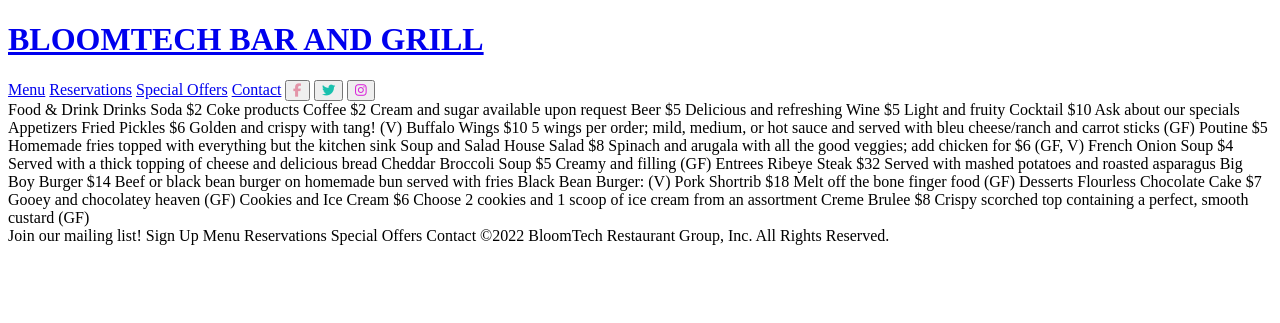
Repository: yoshimario/web-sprint-challenge-user-interface-responsive-design
Page: menu.html
These files come from the project's save history. The page is drawn as it stood at one moment and after the next save; the edit follows.
The browser window is 1280 px wide. The pictures show the whole page.
Some web libraries are served in a nearby version.

Above is the page before, as saved 2023-06-11 00:21:05.

After the next save:
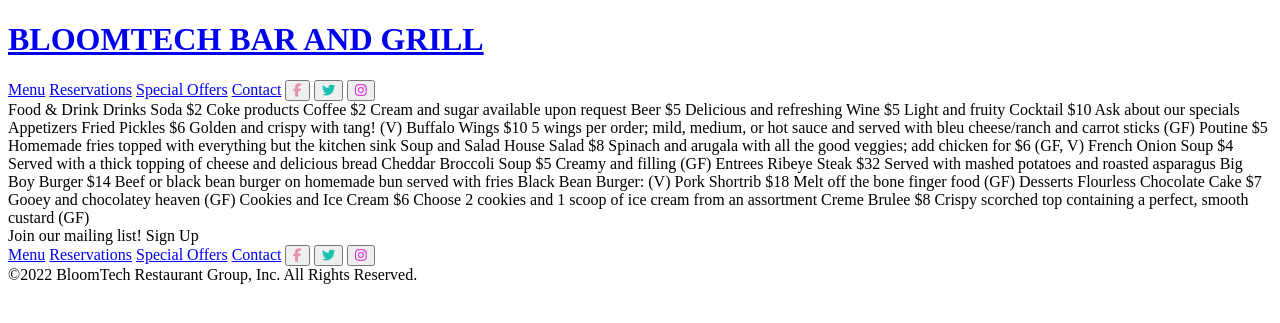
Saved 33 s later.
--- a/menu.html
+++ b/menu.html
@@ -127,10 +127,15 @@
             Join our mailing list!
             Sign Up
             <!-- nav -->
-            Menu
-            Reservations
-            Special Offers
-            Contact
+            <nav>
+                <a href="menu.html">Menu</a>
+                <a href="reservations.html">Reservations</a>
+                <a href="specialoffers.html">Special Offers</a>
+                <a href="contact.html">Contact</a>
+                <button><i class="fa-brands fa-facebook-f fa-beat-fade" style="color: #d20f3f;"></i></button>
+                <button><i class="fa-brands fa-twitter fa-bounce" style="color: #1ac1ae;"></i></button>
+                <button><i class="fa-brands fa-instagram fa-spin-pulse" style="color: #d926d9;"></i></button>
+            </nav>
             <!-- copyright -->
             ©2022 BloomTech Restaurant Group, Inc. All Rights Reserved.
         </footer>
